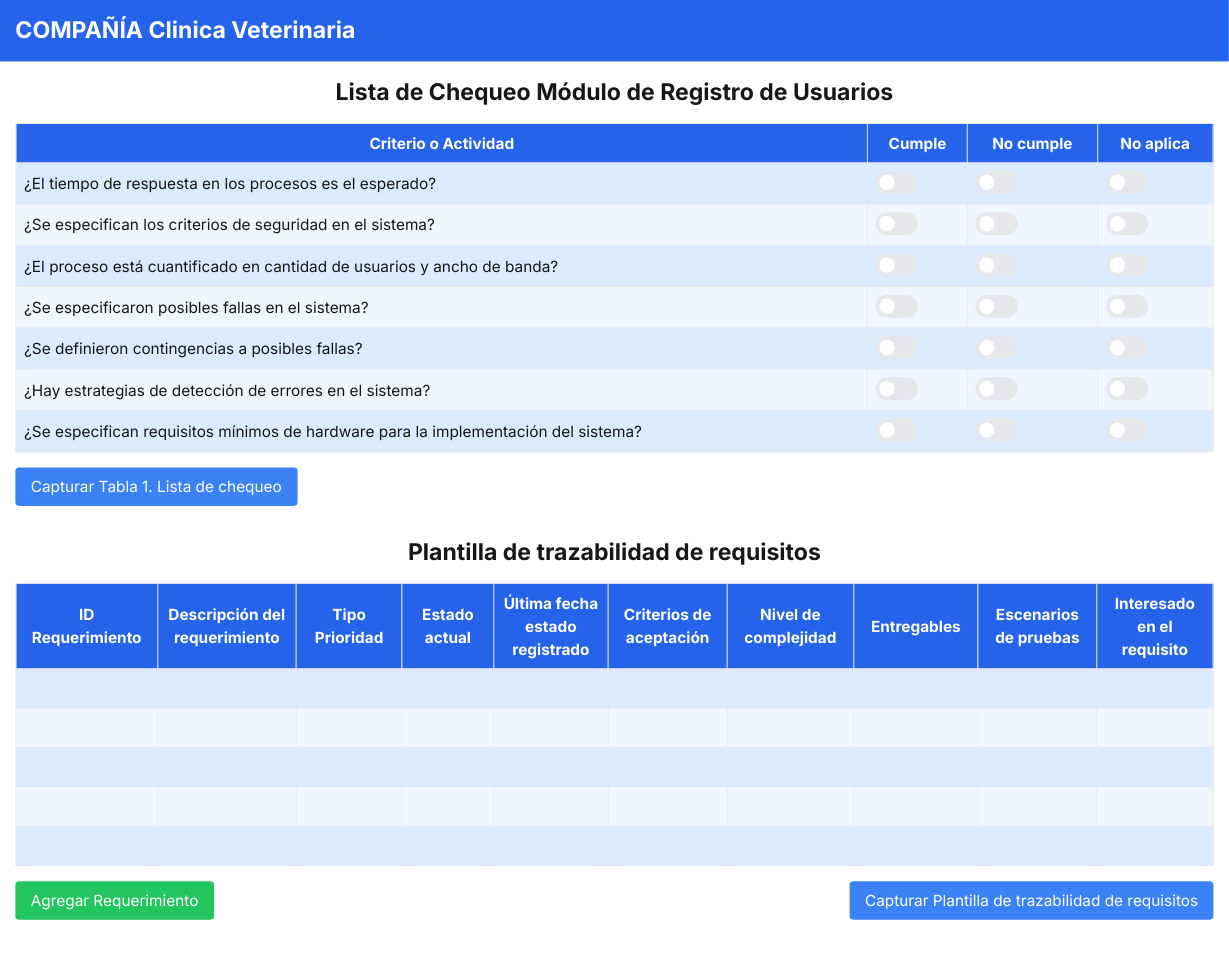
Repository: CiroAlfa/lista-de-Chequeo
Page: /
These files come from the project's save history. The page is drawn as it stood at one moment and after the next save; the edit follows.
The browser window is 1280 px wide. The pictures show the whole page, at 96% of full size.
The project was rebuilt for these pictures with package versions that can differ from the ones it lists, and the page was loaded fresh each time. The framework's server and built-in components were replaced by stand-ins that run in the browser. Also part of the build but not shown: next.config.mjs.

Above is the page before, as saved 2024-09-27 13:07:15.

After the next save:
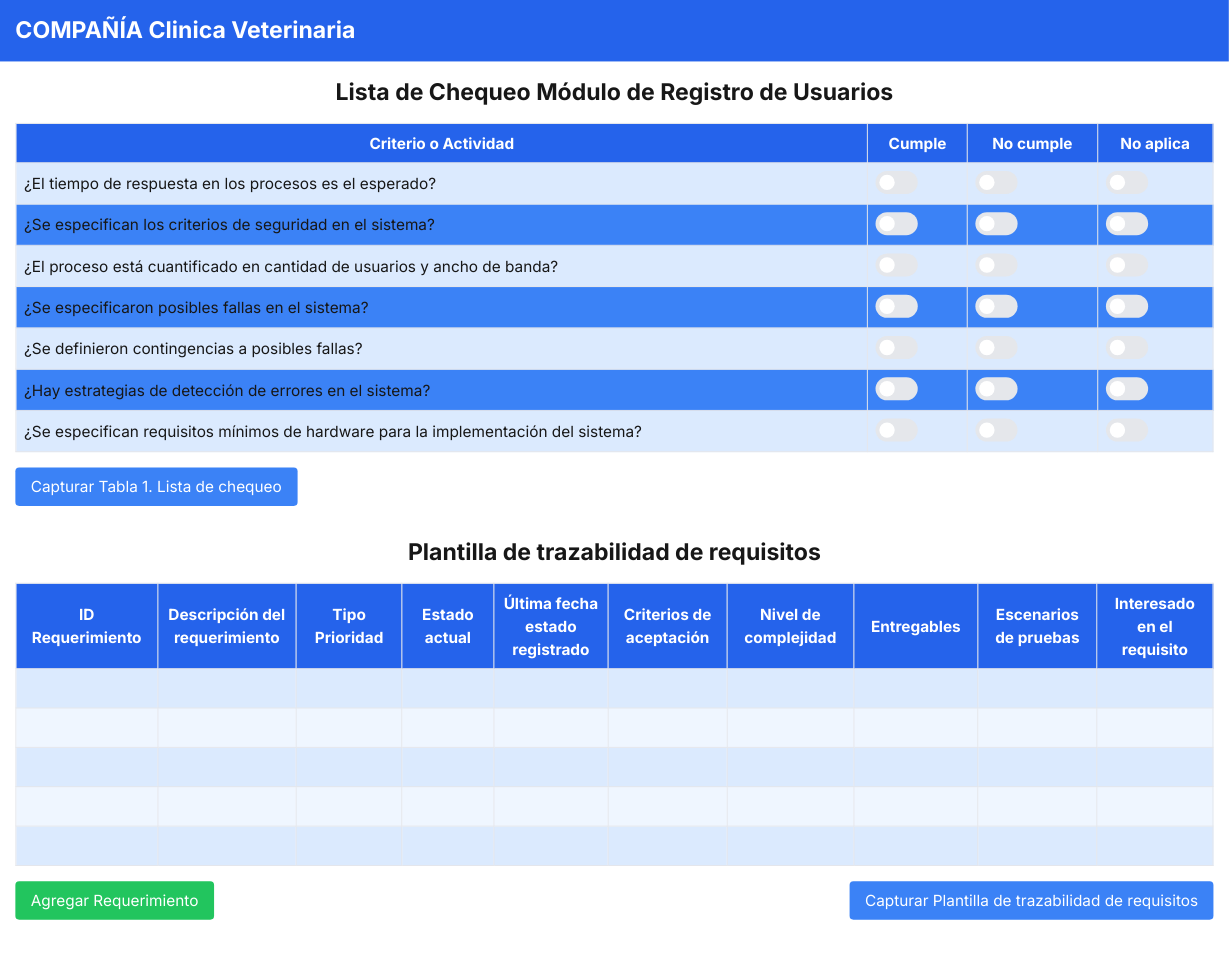
Saved 7 s later.
--- a/src/app/page.tsx
+++ b/src/app/page.tsx
@@ -116,7 +116,7 @@
           </thead>
           <tbody>
             {checklist.map((item, index) => (
-              <tr key={item.id} className={index % 2 === 0 ? 'bg-blue-100' : 'bg-blue-50'}>
+              <tr key={item.id} className={index % 2 === 0 ? 'bg-blue-100' : 'bg-blue-500'}>
                 <td className="border p-2">{item.criteria}</td>
                 <td className="border p-2">
                   <Switch
